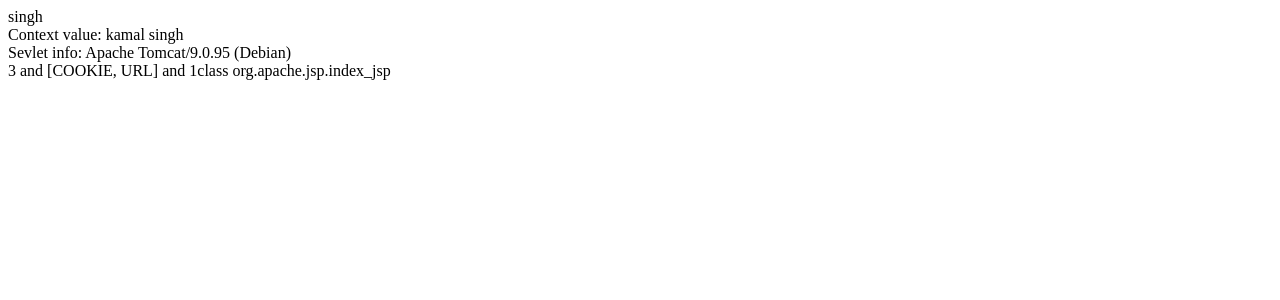
Repository: kamalsingh7290/ServletANDjsp
Page: http://localhost/JSP_ImplicitObject/
An editor plug-in stored every save of this project. The page is shown before and after the next save, followed by the edit.
The browser window is 1280 px wide. The pictures show the whole page.
The page is served by Tomcat 9.

Above is the page before, as saved 2022-01-30 17:01:11.

After the next save:
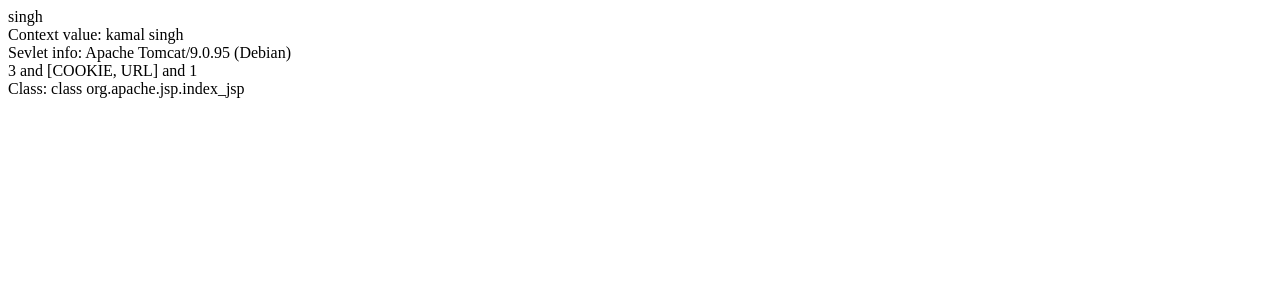
Saved 27 s later.
--- a/JSP_ImplicitObject/src/main/webapp/index.jsp
+++ b/JSP_ImplicitObject/src/main/webapp/index.jsp
@@ -13,7 +13,7 @@
 	<% out.print("Sevlet info: "+application.getServerInfo()+"<br>");
 	out.print(application.getEffectiveMajorVersion()+" and "+application.getEffectiveSessionTrackingModes()+
 			" and "+application.getEffectiveMinorVersion());
-	out.print(page.getClass());
+	out.print("<br>Class: "+page.getClass());
 	%>
 
 </body>
